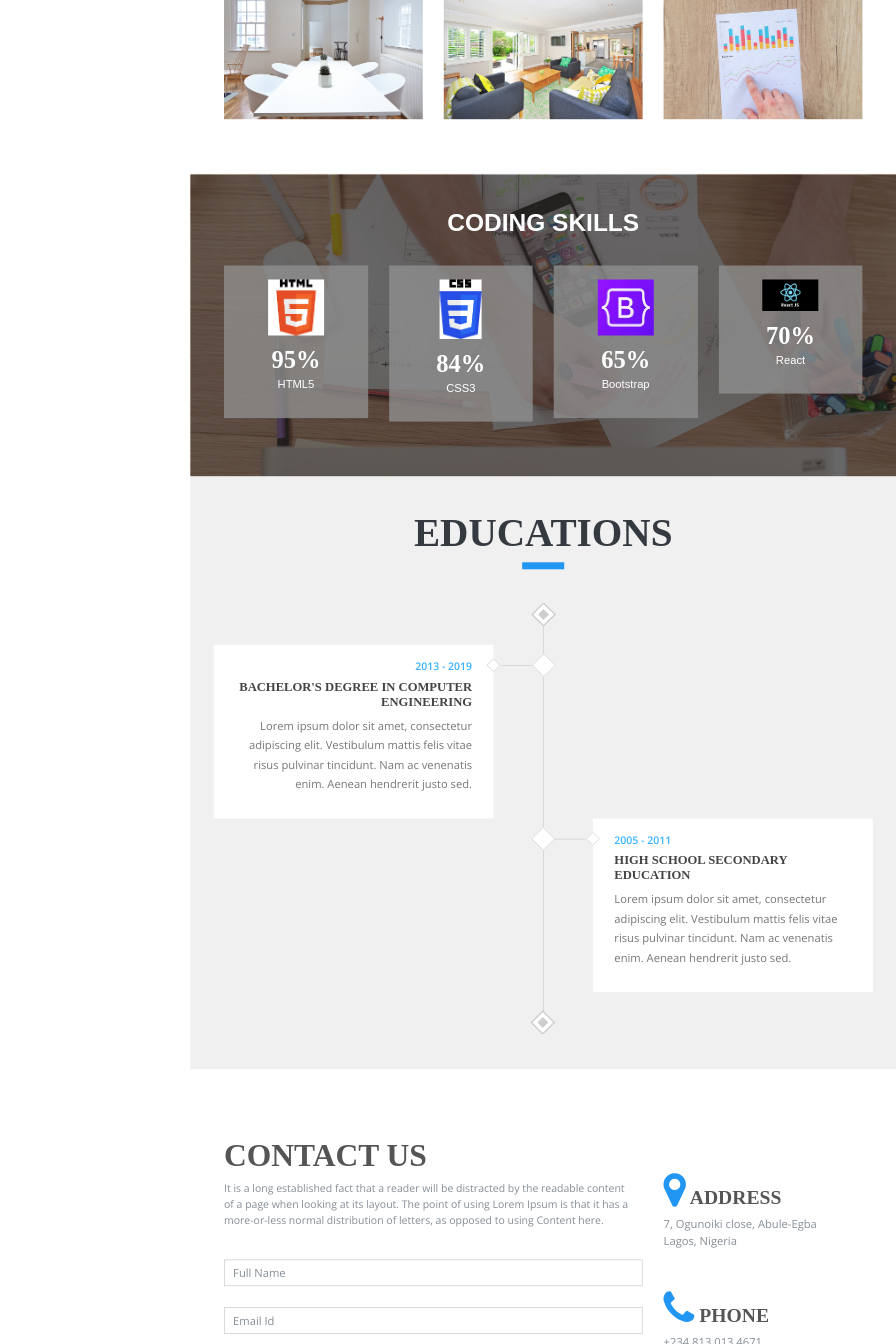
Repository: smit1298/portfolio
Page: index.html
An editor plug-in stored every save of this project. The page is shown before and after a run of saves, followed by the edit.
The browser window is 1280 px wide. The pictures show the part of the page from y = 1935 to 3855 px (the page is 4824 px tall before and 4821 px after), at 70% of full size.
Some web fonts or font styles are not loaded; a fallback is used.

Above is the page before, as saved 2021-06-28 18:27:41.

After the next 2 saves:
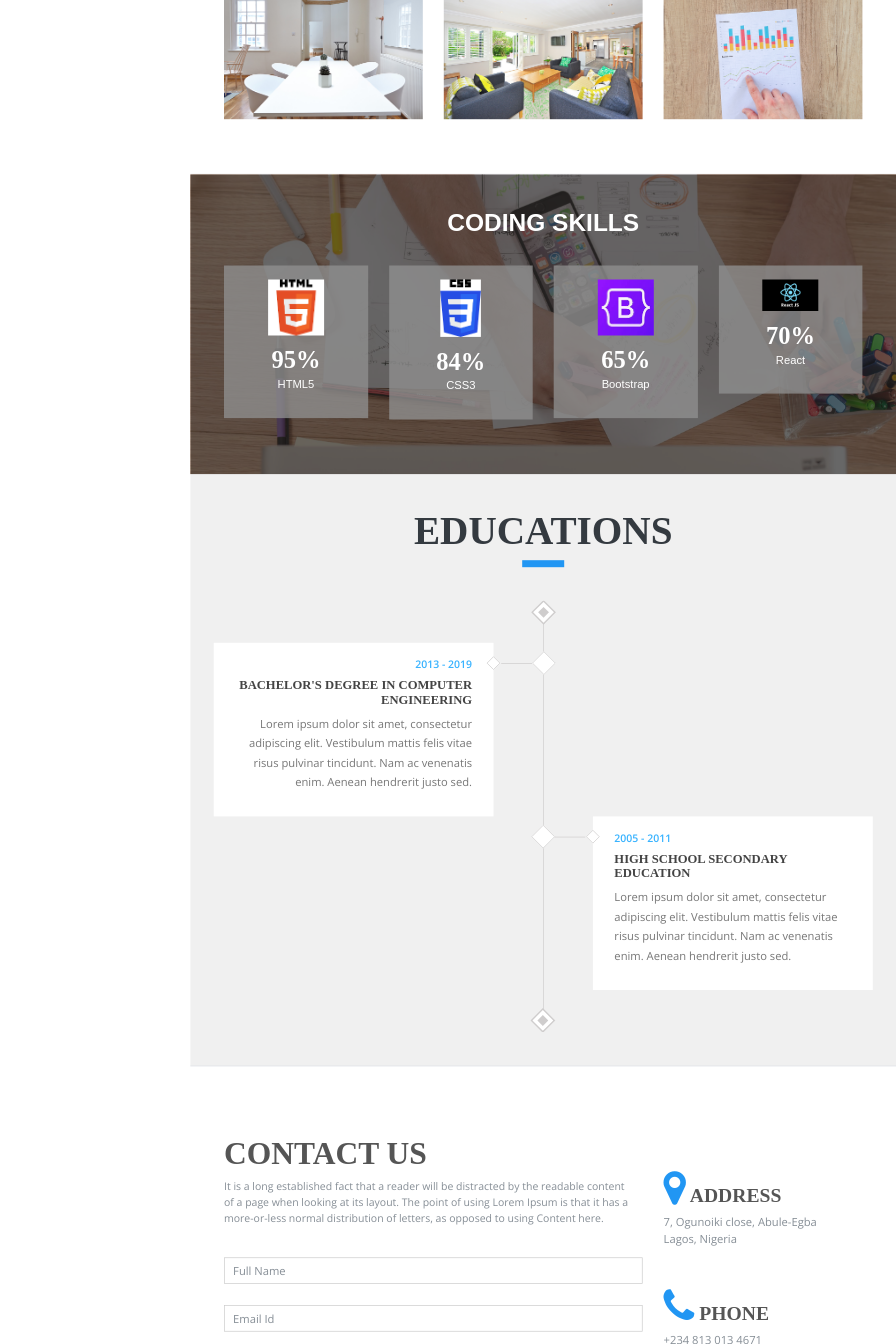
The 2 saves are shown as one change because they came seconds apart.
The last was saved 13 s later.
--- a/index.html
+++ b/index.html
@@ -353,7 +353,7 @@
             </div>
             <div class="col-md-3 col-sm-6">
               <div class="skill-item">
-                <img src="./img/skills/css.png" style="width: 60px; height: auto;" alt="css3" />
+                <img src="./img/skills/css.png" style="width: 58px; height: auto;" alt="css3" />
                 <h2><span class="counter"> 84 </span><span>%</span></h2>
                 <p>CSS3</p>
               </div>
